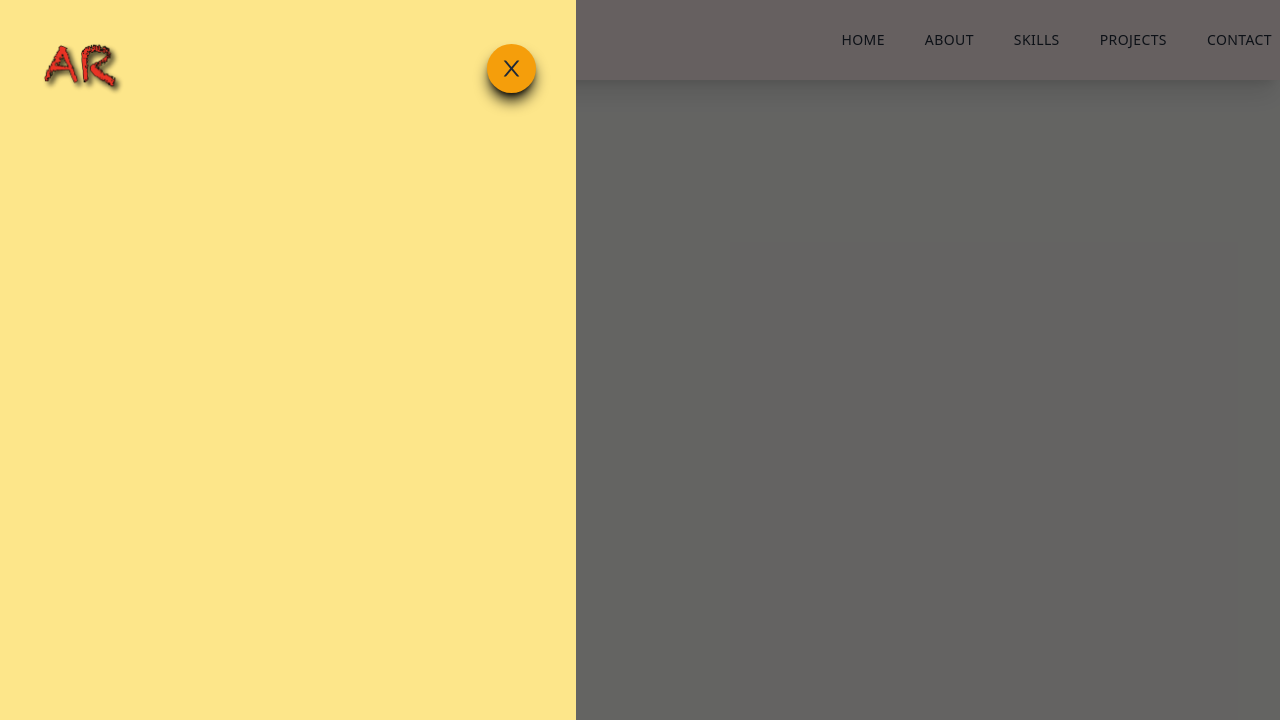
Repository: Sheraliramzan/alyportfolio
Page: /
An editor plug-in stored every save of this project. The page is shown before and after the next save, followed by the edit.
The browser window is 1280 px wide. The pictures show the whole page.
The project was rebuilt for these pictures with package versions that can differ from the ones it lists, and the page was loaded fresh each time. The framework's server and built-in components were replaced by stand-ins that run in the browser. Also part of the build but not shown: next.config.js.

Above is the page before, as saved 2023-03-05 18:20:22.

### pages/index.js
import Head from 'next/head'
import react from 'react'
import {BsFillMoonStarsFill} from 'react-icons/bs'
import Image from 'next/image'
import Navbar from '@/components/Navbar'


export default function Home() {
  return (
    <>
      <Head>
        <title>Aly | Front-end Developer</title>
        <meta name="description" content="Generated by create next app" />
        <meta name="viewport" content="width=device-width, initial-scale=1" />
        <link rel="icon" href="/assets/logo.png" />
      </Head>
      <Navbar/>
    </>
  )
}

### styles/globals.css
@tailwind base;
@tailwind components;
@tailwind utilities;

@layer base{
  body {
    @apply bg-[#FAF9F6] text-gray-800 tracking-wide
  }
  h1,h2,h3,h4,h5,h6 {
    @apply font-bold text-gray-800
  }
  h1{
    @apply text-4xl sm:text-5xl md:text-6xl
  }
  h2{
    @apply text-3xl sm:text-4xl
  }
  li{
    @apply cursor-pointer
  }
  button{
    @apply shadow-xl shadow-black rounded-xl uppercase bg-gradient-to-r from-amber-300 to-amber-600
  }
}

### components/Navbar.jsx
import Image from "next/image";
import Link from "next/link";
import React from "react";
import {AiOutlineClose, AiOutlineMenu} from "react-icons/ai";

export default function Navbar () {
    return(
        <div className="fixed w-full h-20 bg-rose-50 shadow-xl z-[100]">
            <div className="flex justify-between items-center w-full h-full px-2 2xl:px-16">
                <Image
                    src="/../public/assets/logo.png"
                    alt="/"
                    width={125}
                    height={50}
                />
                <div>
                    <ul className=" hidden md:flex ">
                        <Link href="/">
                            <li className="ml-10 text-sm uppercase hover:border-b">Home</li>
                        </Link>
                        <Link href="/">
                            <li className="ml-10 text-sm uppercase hover:border-b">About</li>
                        </Link>
                        <Link href="/">
                            <li className="ml-10 text-sm uppercase hover:border-b">Skills</li>
                        </Link>
                        <Link href="/">
                            <li className="ml-10 text-sm uppercase hover:border-b">Projects</li>
                        </Link>
                        <Link href="/">
                            <li className="ml-10 text-sm uppercase hover:border-b">Contact</li>
                        </Link>

                    </ul>
                     <div className="md:hidden">
                         <AiOutlineMenu size={35}/>
                    </div>
                </div>
                <div className="fixed left-0 top-0 w-full h-screen bg-black/60">
                    <div className="left-0 top-0 w-[75%] sm:w-[60%] md:w-[45%] h-screen bg-amber-200 p-10 ease-in duration-500">
                        <div>
                            <div className="flex w-full items-center justify-between">
                                <Image
                                src="/../public/assets/logo.png"
                                alt="/"
                                width={87}
                                height={35}
                                />
                                <div className="bg-amber-500 rounded-full shadow-lg shadow-black p-3 cursor-pointer">
                                    <AiOutlineClose size={25}/>
                                </div>
                            </div>
                        </div>
                    </div>
                </div>
            </div>
        </div>
    )
}

Loaded but not shown: pages/_app.js (common file); pages/_document.js (common file); tailwind.config.js (common file)

After the next save:
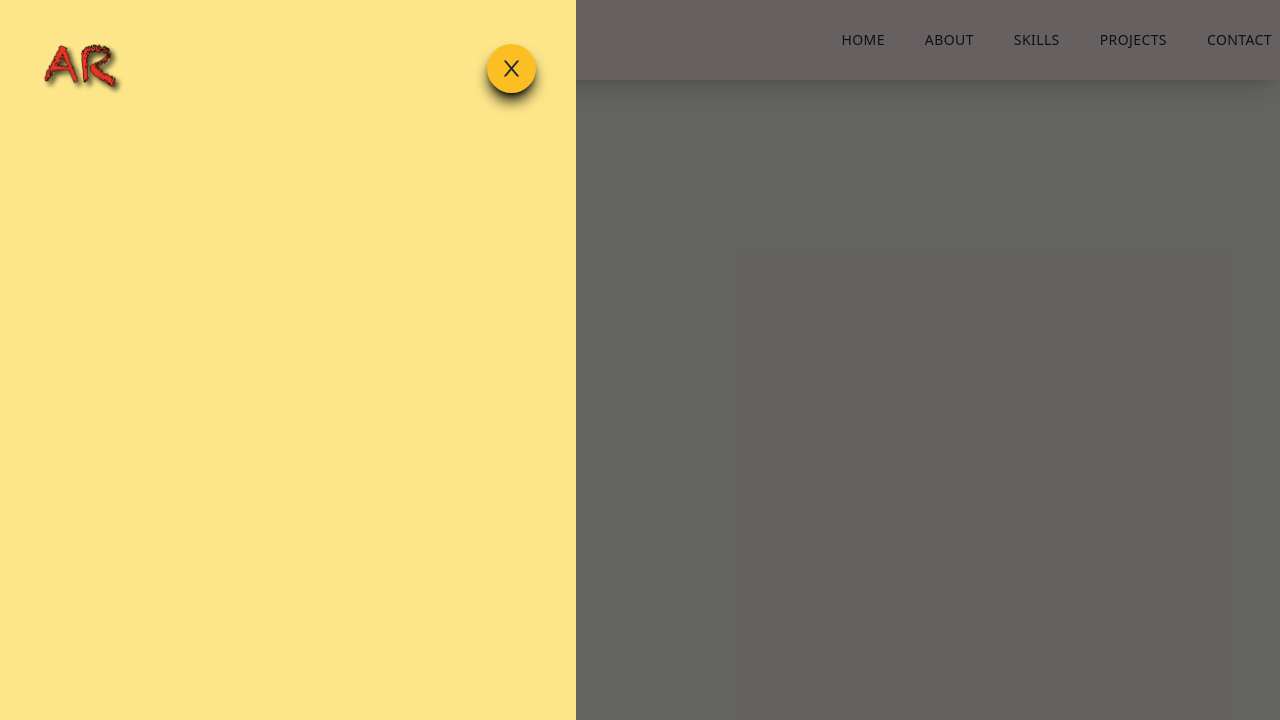
Saved 4 s later.
--- a/components/Navbar.jsx
+++ b/components/Navbar.jsx
@@ -46,7 +46,7 @@
                                 width={87}
                                 height={35}
                                 />
-                                <div className="bg-amber-500 rounded-full shadow-lg shadow-black p-3 cursor-pointer">
+                                <div className="bg-amber-400 rounded-full shadow-lg shadow-black p-3 cursor-pointer">
                                     <AiOutlineClose size={25}/>
                                 </div>
                             </div>
